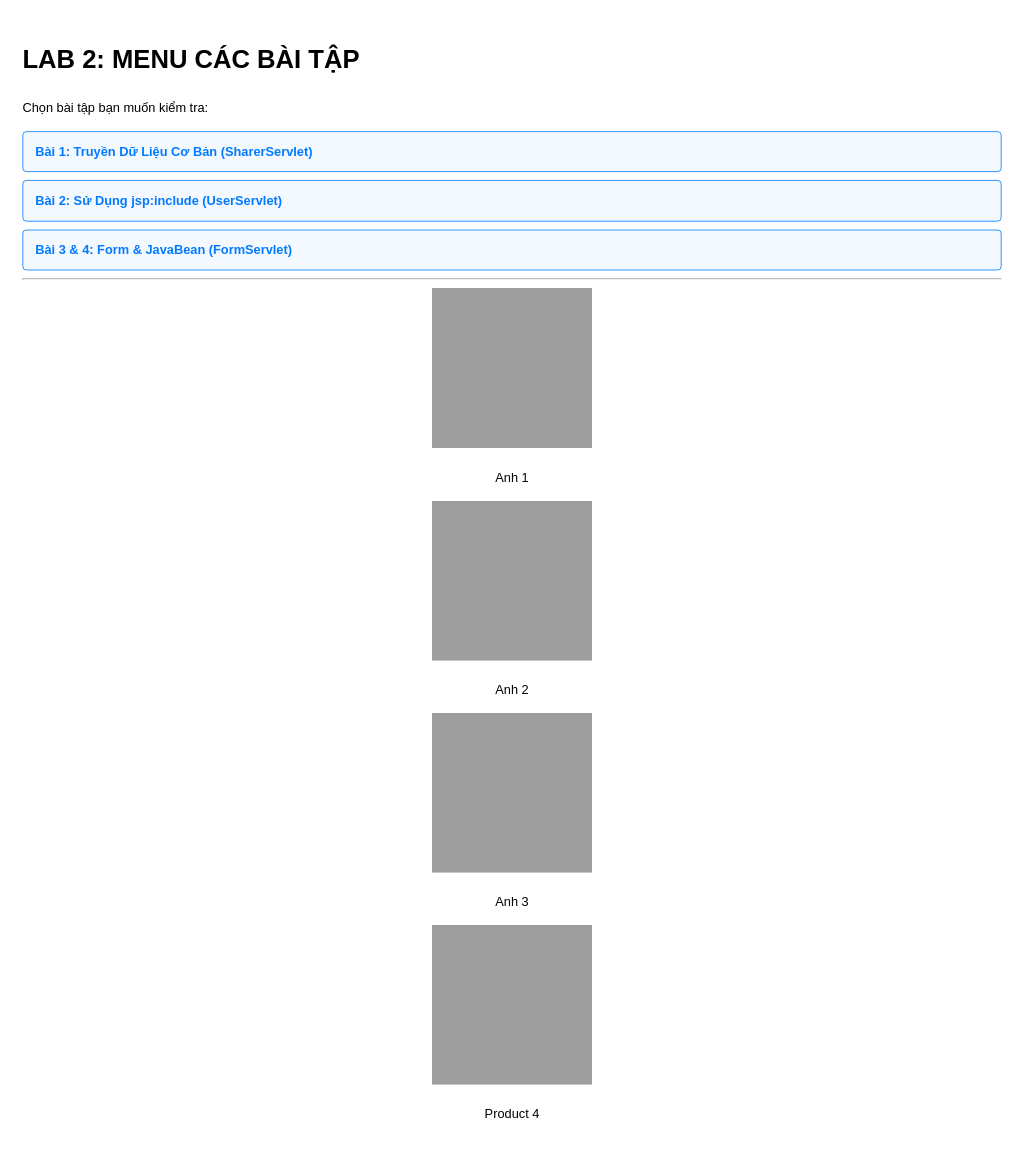
Repository: anhb287/Lab1_8_JAV101
Page: http://localhost/Lab2_TV00062_JAV101/index.jsp
These files come from the project's save history. The page is drawn as it stood at one moment and after the next save; the edit follows.
The browser window is 1280 px wide. The pictures show the whole page, at 80% of full size.
Pictures or frames that could not be fetched are drawn as grey boxes. The page is served by Tomcat 10. Other server files are loaded and not shown.

Above is the page before, as saved 2025-11-10 17:09:02.

### Lab2_TV00062_JAV101/src/main/webapp/index.jsp
<%@ page language="java" contentType="text/html; charset=UTF-8" pageEncoding="UTF-8"%>
<%@ taglib prefix="c" uri="http://java.sun.com/jsp/jstl/core" %>
<!DOCTYPE html>
<html>
<head>
    <meta charset="UTF-8">
    <title>LAB 2: Menu Điều Hướng</title>
    <style>
        body { font-family: Arial, sans-serif; line-height: 1.6; padding: 20px; }
        .menu-link {
            display: block;
            margin: 10px 0;
            padding: 12px 15px;
            border: 1px solid #007bff;
            border-radius: 5px;
            text-decoration: none;
            color: #007bff;
            background-color: #f4f8ff;
            font-weight: bold;
        }
        .menu-link:hover {
            background-color: #007bff;
            color: white;
        }
    </style>
</head>
<body>
    <h1>LAB 2: MENU CÁC BÀI TẬP</h1>
    <p>Chọn bài tập bạn muốn kiểm tra:</p>

    <div class="menu">
        <a href="sharer" class="menu-link">Bài 1: Truyền Dữ Liệu Cơ Bản (SharerServlet)</a>
        <a href="user" class="menu-link">Bài 2: Sử Dụng jsp:include (UserServlet)</a>
        <a href="form/update" class="menu-link">Bài 3 & 4: Form & JavaBean (FormServlet)</a>
    </div>
    <hr>

    <div class="item">
        <jsp:include page="item.jsp">
            <jsp:param name="name" value="Anh 1"/>
            <jsp:param name="img" value="Anh1.png"/>
        </jsp:include>
    </div>

    <div class="item">
        <jsp:include page="item.jsp">
            <jsp:param name="name" value="Anh 2"/>
            <jsp:param name="img" value="anh2.png"/>
        </jsp:include>
    </div>

    <div class="item">
        <jsp:include page="item.jsp">
            <jsp:param name="name" value="Anh 3"/>
            <jsp:param name="img" value="anh3.png"/>
        </jsp:include >
    </div>

    <div class="item">
        <jsp:include page="item.jsp">
            <jsp:param name="name" value="Product 4"/>
            <jsp:param name="img" value="anh4.png"/>
        </jsp:include>
    </div>
</body>
</html>

### Lab2_TV00062_JAV101/src/main/webapp/item.jsp
<div class="div_item" style="margin: 10px; text-align:center;">
   <img src="<c:url value='/img/${param.img}'/>" width="200px" height="200px"/>
   <p>${param.name}</p>
</div>

After the next save:
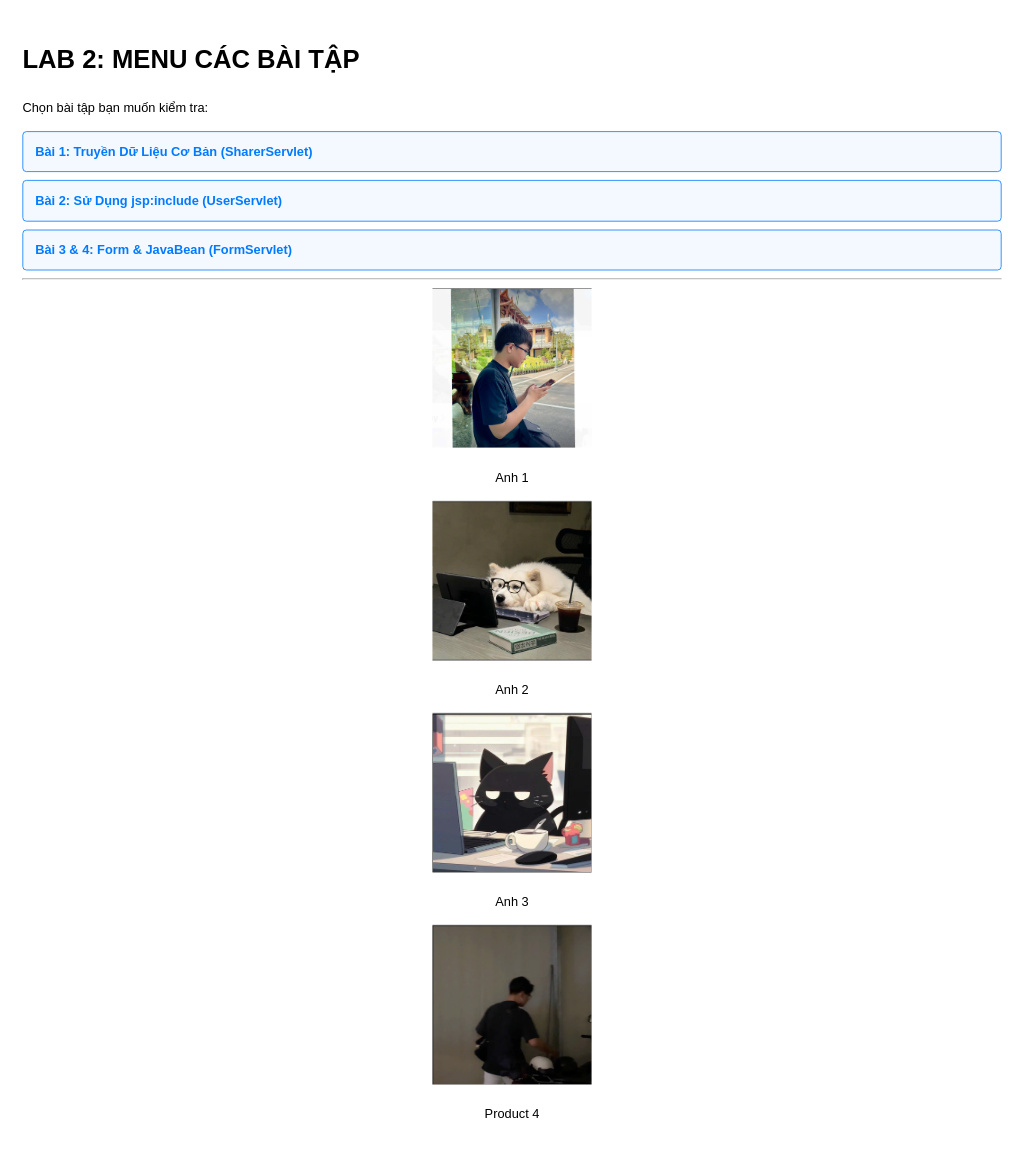
Saved 2 s later.
--- a/Lab2_TV00062_JAV101/src/main/webapp/item.jsp
+++ b/Lab2_TV00062_JAV101/src/main/webapp/item.jsp
@@ -1,4 +1,4 @@
 <div class="div_item" style="margin: 10px; text-align:center;">
-   <img src="<c:url value='/img/${param.img}'/>" width="200px" height="200px"/>
+   <img src="/img/${param.img}" width="200px" height="200px"/>
    <p>${param.name}</p>
 </div>
